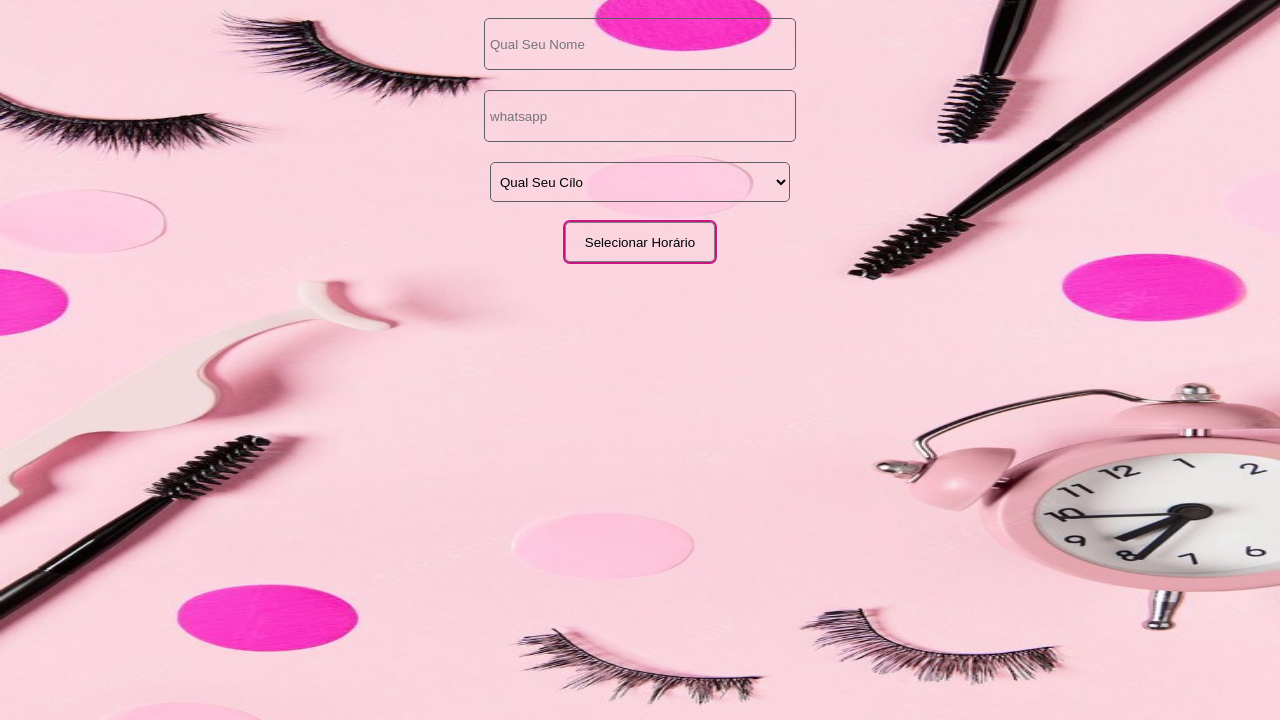
Repository: ketlyn-lash-designer/Ketlyn_Lash_Designer
Page: src/Pages/Home.html
An editor plug-in stored every save of this project. The page is shown before and after the next save, followed by the edit.
The browser window is 1280 px wide. The pictures show the whole page.
The first visible `button` has the focus.

Above is the page before, as saved 2024-03-27 22:21:15.

### src/Pages/Home.html
<!DOCTYPE html>
<html lang="pt-BR">
  <head>
    <meta charset="UTF-8" />
    <meta name="viewport" content="width=device-width, initial-scale=1.0" />
    <link rel="stylesheet" href="../Styles/Home.css" />

    <title>ketlyn_lash_designer.com</title>
  </head>
  <body>
    <div class="form">
      <input placeholder="Qual Seu Nome" type="text" name="nome" />
      <input placeholder="whatsapp" type="text" name="whatsapp" />
      <select name="tipo_cilio">
        <option value="cilios_posticos">Qual Seu Cílo</option>
        <option value="curvex">Curvex</option>
      </select>
      <button>Selecionar Horário</button>
    </div>
  </body>
</html>

### src/Styles/Home.css
body {
  background-image: url("../images/lash_2.jpeg");
  background-size: 100% 100%;
  background-position: center;
  background-attachment: fixed;
  background-repeat: no-repeat;
}

.form {
  display: flex;
  flex-direction: column;
  justify-content: center;
  align-items: center;
}

input,
select {
  width: 300px;
  height: 40px;
  margin: 10px;
  padding: 5px;
  border: 1px solid rgb(97, 96, 96);
  border-radius: 5px;
  background-color: transparent;
}

button {
  width: 150px;
  height: 40px;
  margin: 10px;
  padding: 5px;
  background-color: transparent;
  border: 1px solid grey;
  border-radius: 5px;
}

button:focus {
  outline: 2px solid #C71585;
}

button:hover {
  background-color: transparent;
}

After the next save:
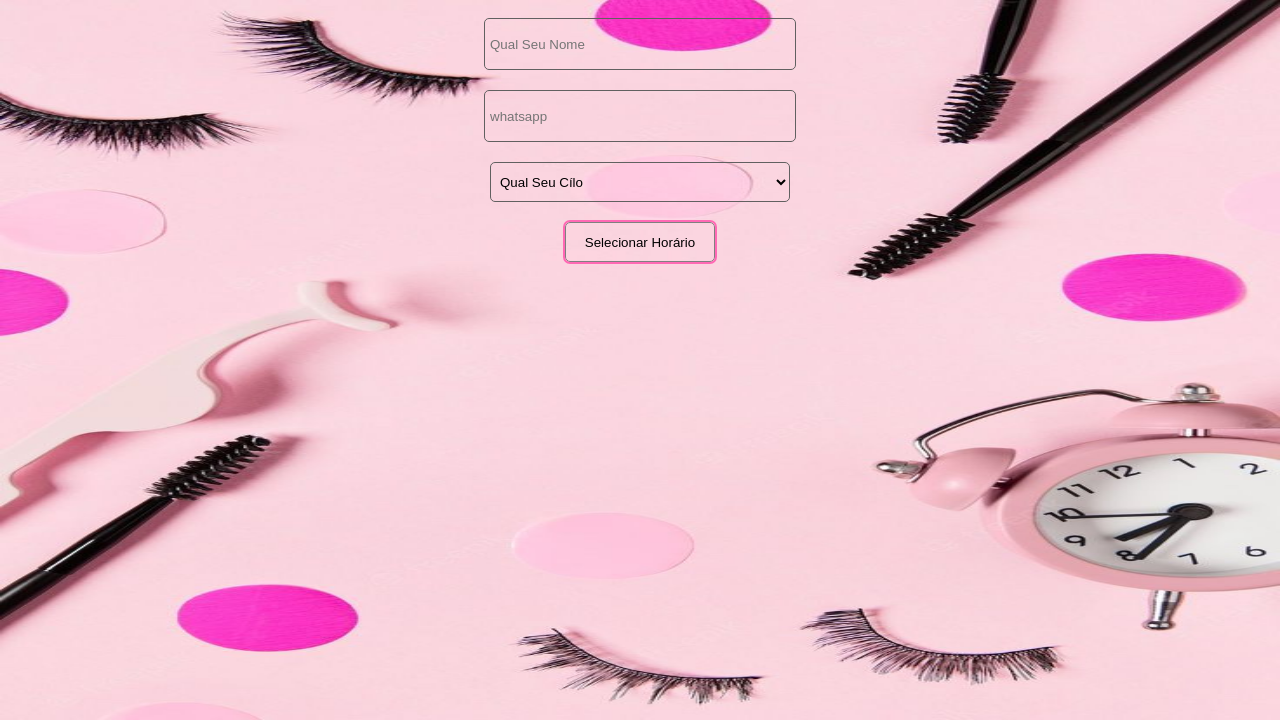
Saved 20 s later.
--- a/src/Styles/Home.css
+++ b/src/Styles/Home.css
@@ -35,7 +35,7 @@ button {
 }
 
 button:focus {
-  outline: 2px solid #C71585;
+  outline: 2px solid #FF69B4;
 }
 
 button:hover {
